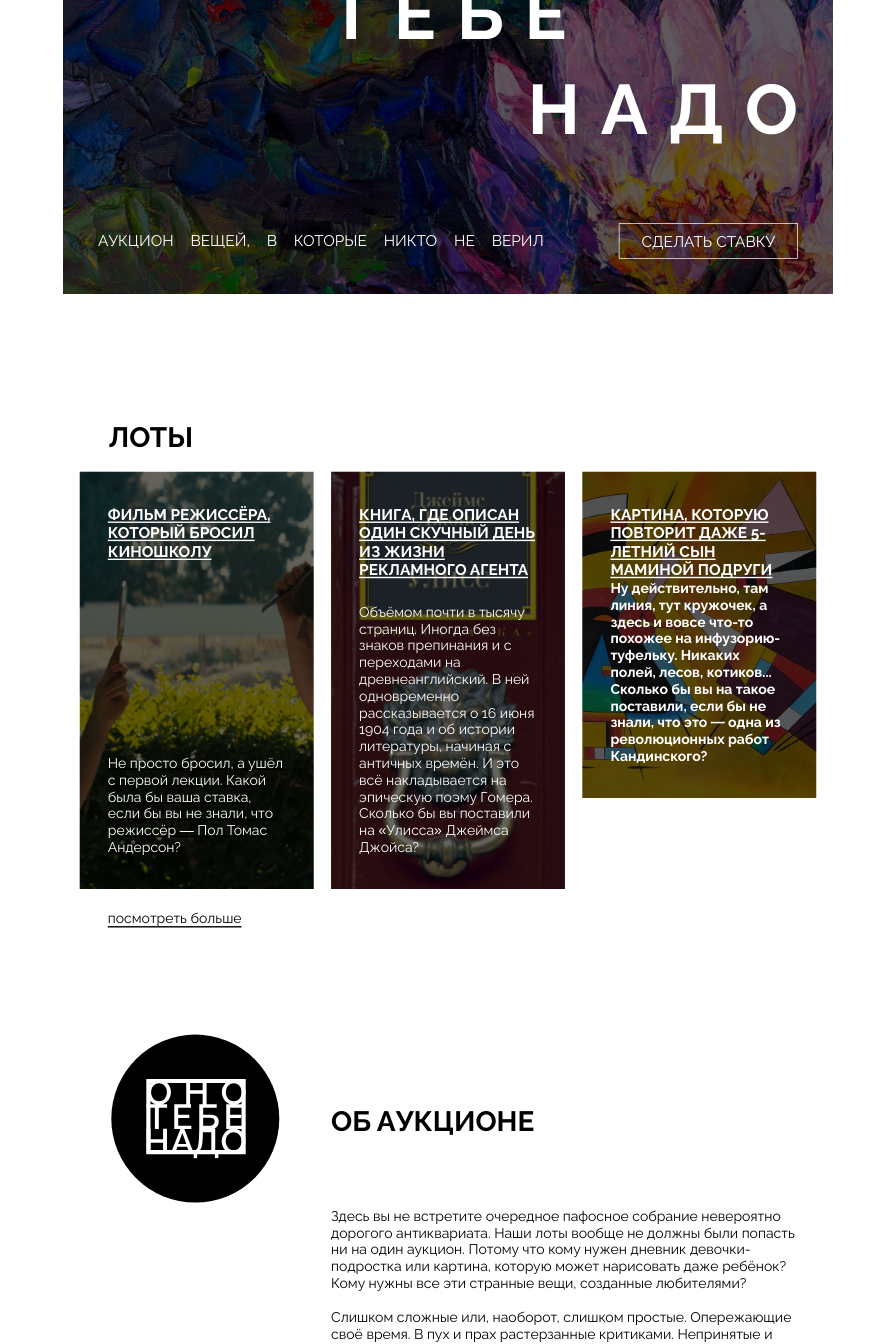
Repository: NikWolf75/ono-tebe-nado-fd
Page: index.html
An editor plug-in stored every save of this project. The page is shown before and after the next save, followed by the edit.
The browser window is 1280 px wide. The pictures show the part of the page from y = 630 to 2550 px (the page is 3027 px tall), at 70% of full size.

Above is the page before, as saved 2024-12-18 15:50:03.

After the next save:
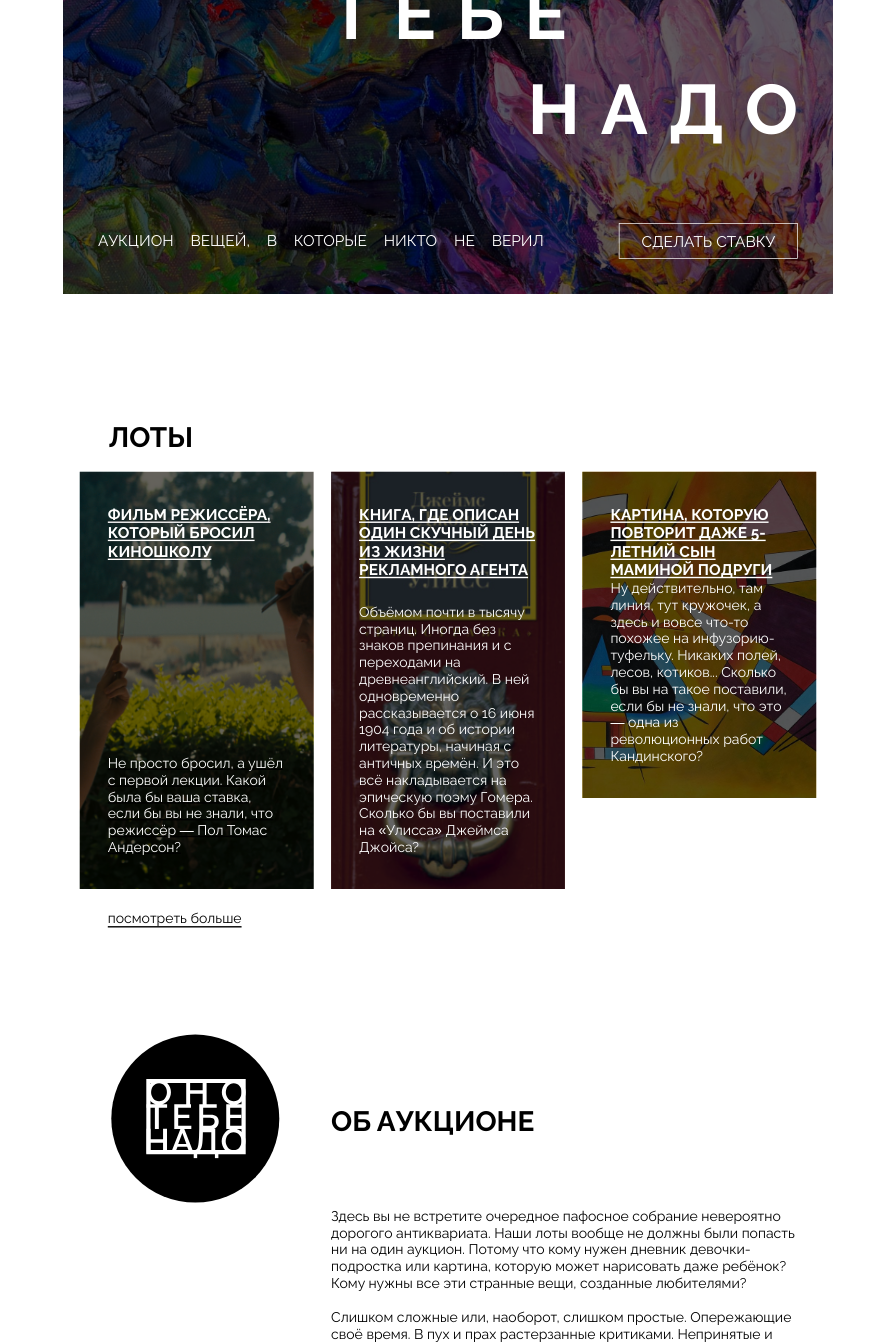
Saved 5 s later.
--- a/index.html
+++ b/index.html
@@ -100,7 +100,7 @@
               </a>
             </li>
             <li class="lots__card-list-item">
-              <h1 class="card-link" href="main">
+              <div class="card-link" href="main">
                 <article class="card card_type_picture">
                   <div class="overlay"></div>
                   <h3 class="card__title">
@@ -123,7 +123,7 @@
                     Кандинского?
                   </p>
                 </article>
-              </h1>
+              </div>
             </li>
           </ul>
           <a class="lots__look-more-link" href="#main">посмотреть больше</a>
